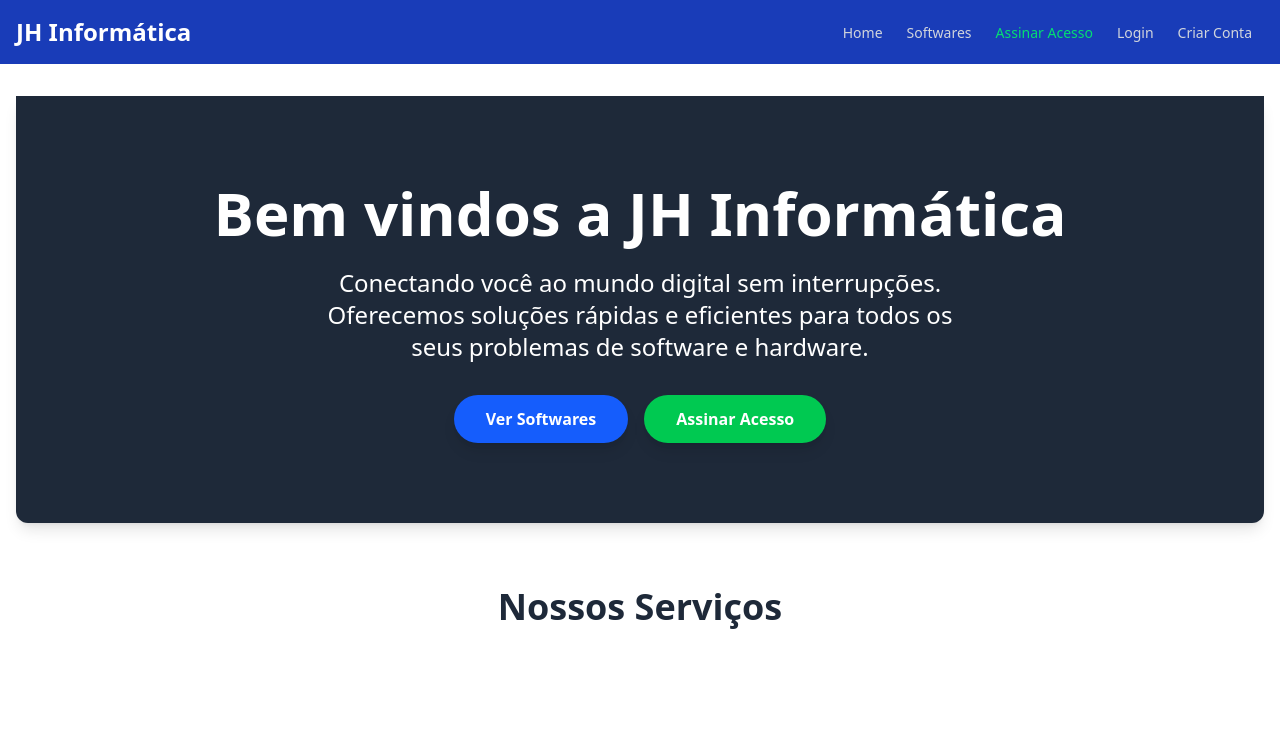
Repository: estevam02009/jh-info
Page: / (app in frontend/)
The author's editor kept a copy of each file at every save. The page is drawn from the files as they stood at one save, then again after the next save.
The browser window is 1280 px wide. The pictures show the whole page.
The project was rebuilt for these pictures with package versions that can differ from the ones it lists, and the page was loaded fresh each time. Also part of the build but not shown: frontend/src/pages/Login.jsx, frontend/src/pages/Register.jsx, frontend/src/pages/Dashboard.jsx, frontend/src/components/ProtectedRoute.jsx, frontend/src/pages/SoftwareList.jsx, frontend/src/pages/SoftwareDetails.jsx, frontend/src/pages/SoftwareManagement.jsx, frontend/src/pages/PaymentPage.jsx and 1 more.

Above is the page before, as saved 2025-07-13 11:18:51.

### frontend/index.html
<!doctype html>
<html lang="en">
  <head>
    <meta charset="UTF-8" />
    <link rel="icon" type="image/svg+xml" href="/vite.svg" />
    <meta name="viewport" content="width=device-width, initial-scale=1.0" />
    <title>JH Informática</title>
  </head>
  <body>
    <div id="root"></div>
    <script type="module" src="/src/main.jsx"></script>
  </body>
</html>

### frontend/src/main.jsx
// src/main.jsx
import React from 'react';
import ReactDOM from 'react-dom/client';
import App from './App.jsx';
import './index.css'; // Para estilos globais
import { BrowserRouter } from 'react-router-dom';
import { AuthProvider } from './context/AuthContext.jsx'; // Contexto de Autenticação

ReactDOM.createRoot(document.getElementById('root')).render(
    <React.StrictMode>
        <BrowserRouter>
            <AuthProvider> {/* O AuthProvider envolve toda a aplicação */}
                <App />
            </AuthProvider>
        </BrowserRouter>
    </React.StrictMode>,
);

### frontend/src/App.jsx
import React from "react";
import {Link, Routes, Route} from "react-router-dom";
import Login from "./pages/Login.jsx";
import Register from "./pages/Register.jsx";
import Home from "./pages/Home.jsx";
import Dashboard from "./pages/Dashboard.jsx";
import ProtectedRoute from "./components/ProtectedRoute";
import SoftwareList from "./pages/SoftwareList";
import SoftwareDetails from "./pages/SoftwareDetails";
import SoftwareManagement from "./pages/SoftwareManagement";
import PaymentPage from "./pages/PaymentPage";
import MySoftwares from "./pages/MySoftwares.jsx";
import { useAuth } from "./context/AuthContext";


const App = () => {

    const { user, logout } = useAuth(); // Obtém o estado do usuário e a função de logout

    return (
        <>
            <nav className="bg-blue-800 p-4">
                <div className="container mx-auto flex justify-between items-center">
                    <Link to="/" className="text-white text-2xl font-bold">JH Informática</Link>
                    <div>
                        <Link to="/" className="text-gray-300 hover:bg-white hover:text-blue-500 px-3 py-2 rounded-md text-sm font-medium">Home</Link>
                        <Link to="/softwares" className="text-gray-300 hover:bg-white hover:text-blue-500 px-3 py-2 rounded-md text-sm font-medium">Softwares</Link>

                        {/* Link para a página de Pagamento/Assinatura */}
                        {!user?.hasPaidAccess && (
                            <Link to="/subscribe" className="text-green-400 hover:bg-gray-700 hover:text-green-200 px-3 py-2 rounded-md text-sm font-medium">Assinar Acesso</Link>
                        )}

                    {/*    Links visiveis apenas se o usuário estiver logado    */}
                        {user ? (
                            <>
                                <Link to="/dashboard" className="text-gray-300 hover:bg-white hover:text-blue-500 px-3 py-2 rounded-md text-sm font-medium">Dashboard</Link>
                                {user.hasPaidAccess && ( // Mostrar "Meus Softwares" apenas se tiver pago
                                    <Link to="/my-softwares" className="text-gray-300 hover:bg-white hover:text-blue-500 px-3 py-2 rounded-md text-sm font-medium">Meus Softwares</Link>
                                )}
                            {/* Link para gerenciamento de softwares - visivel apenas para admins logados */}
                                {user.role === "admin" && (
                                    <Link to="/admin/softwares" className="text-gray-300 hover:bg-white hover:text-blue-500 px-3 py-2 rounded-md text-sm font-medium">Gerenciar Softwares</Link>
                                )}
                                <button
                                    onClick={logout}
                                    className="bg-red-600 hover:bg-red-800 px-3 py-2 rounded-md text-sm text-white font-medium ml-4"
                                >Sair</button>
                            </>
                        ) : (

                            <>
                                {/* Links visivéis apenas se o usuário não estiver logado */}
                                <Link to="/login" className="text-gray-300 hover:bg-white hover:text-blue-500 px-3 py-2 rounded-md text-sm font-medium">Login</Link>
                                <Link to="/register" className="text-gray-300 hover:bg-white hover:text-blue-500 px-3 py-2 rounded-md text-sm font-medium">Criar Conta</Link>
                            </>
                        )}
                    </div>
                </div>
            </nav>

            {/* Conteúdo principal*/}
            <div className="container mx-auto p-4 mt-4">
                <Routes>
                    <Route path="/" element={<Home />} />
                    <Route path="/login" element={<Login />} />
                    <Route path="/register" element={<Register />} />

                    <Route path="/softwares" element={<SoftwareList />} /> {/* <-- Nova Rota */}
                    <Route path="/softwares/:id" element={<SoftwareDetails />} />

                    {/* Rota para a página de assinatura. É acessível se o usuário estiver logado ou não, mas a lógica de pagamento exige login */}
                    <Route path="/subscribe" element={<PaymentPage />} />

                {/* Rotas protegidas */}
                    <Route element={<ProtectedRoute />}>
                        <Route path="/dashboard" element={<Dashboard />}></Route>
                        <Route path="/my-softwares" element={<MySoftwares />} />
                    </Route>

                    <Route element={<ProtectedRoute allowedRoles={['admin']} />}>
                        <Route path="/admin/softwares" element={<SoftwareManagement />} />
                    </Route>

                    <Route path="*" element={<h2 className="text-4xl font-bold text-red-500">404 - Página não encontrada</h2>}></Route>
                </Routes>
            </div>
        </>
    )
}

export default App;

### frontend/src/context/AuthContext.jsx
// src/context/AuthContext.jsx
import React, { createContext, useState, useEffect, useContext } from 'react';
import axios from 'axios';

const AuthContext = createContext();

export const AuthProvider = ({ children }) => {
    // O estado 'user' agora conterá o campo 'hasPaidAccess'
    const [user, setUser] = useState(null);
    const [token, setToken] = useState(null);
    const [loading, setLoading] = useState(true); // Para saber se o token está sendo verificado

    // Base da URL da sua API
    const API_URL = 'http://localhost:5000/api'; // Certifique-se que a porta está correta

    // Carrega o token e usuário do localStorage ao iniciar
    useEffect(() => {
        const storedToken = localStorage.getItem('token');
        const storedUser = localStorage.getItem('user');

        if (storedToken && storedUser) {
            setToken(storedToken);

            if (storedToken && storedUser) {
                setToken(storedToken);
                // Garante que o usuário no estado inclui 'hasPaidAccess'
                try {
                    const userData = JSON.parse(storedUser);
                    setUser(userData);
                } catch (error) {
                    console.error('Erro ao fazer parse do usuário do localStorage:', error);
                    localStorage.removeItem('token');
                    localStorage.removeItem('user');
                }
            }

            // Configura o token no cabeçalho padrão do Axios para todas as requisições
            axios.defaults.headers.common['Authorization'] = `Bearer ${storedToken}`;
        }
        setLoading(false);
    }, []);

    const login = async (email, password) => {
        try {
            const response = await axios.post(`${API_URL}/auth/login`, { email, password });
            const { token, hasPaidAccess, ...userData } = response.data; // Capture 'hasPaidAccess'

            setToken(token);
            // Certifique-se de que o objeto user no estado inclui hasPaidAccess
            setUser({ ...userData, hasPaidAccess: hasPaidAccess });

            localStorage.setItem('token', token);
            // Armazene o objeto de usuário completo no localStorage, incluindo 'hasPaidAccess'
            localStorage.setItem('user', JSON.stringify({ ...userData, hasPaidAccess: hasPaidAccess }));

            axios.defaults.headers.common['Authorization'] = `Bearer ${token}`; // Atualiza o header
            return response.data;
        } catch (error) {
            console.error('Erro de login:', error.response?.data || error.message);
            throw error.response?.data || { message: 'Erro ao fazer login' };
        }
    };

    // Função para atualizar o estado do usuário (útil após o pagamento)
    const updateUserAccessStatus = (updatedUser) => {
        setUser(updatedUser);
        localStorage.setItem('user', JSON.stringify(updatedUser));
    }

    const register = async (name, email, password, role = 'user') => {
        try {
            const response = await axios.post(`${API_URL}/auth/register`, { name, email, password, role });
            // Geralmente, após o registro, você pode logar o usuário automaticamente ou redirecioná-lo para a tela de login
            return response.data;
        } catch (error) {
            console.error('Erro de registro:', error.response?.data || error.message);
            throw error.response?.data || { message: 'Erro ao registrar' };
        }
    };

    const logout = () => {
        setToken(null);
        setUser(null);
        localStorage.removeItem('token');
        localStorage.removeItem('user');
        delete axios.defaults.headers.common['Authorization']; // Remove o header do Axios
    };

    return (
        <AuthContext.Provider value={{ user, token, loading, login, register, logout, updateUserAccessStatus }}>
            {children}
        </AuthContext.Provider>
    );
};

export const useAuth = () => useContext(AuthContext);

### frontend/src/pages/Home.jsx
import React from 'react';
import { Link } from 'react-router-dom';

const Home = () => {
    return (
        <div className="flex flex-col items-center">

            {/* Seção Principal (Hero) */}
            <div className='bg-gray-800 text-white w-full py-20 px-4 text-center rounded-b-xl shadow-lg'>
                <h1 className='text-5xl md:text-6xl font-extrabold leading-tight mb-4'>
                    Bem vindos a JH Informática
                </h1>
                <p className='text-xl md:text-2xl font-light max-w-2xl mx-auto mb-8'>
                    Conectando você ao mundo digital sem interrupções. Oferecemos soluções rápidas e eficientes para todos os seus problemas de software e hardware.
                </p>
                <div className="flex justify-center space-x-4">
                    <Link
                        to="/softwares"
                        className="bg-blue-600 hover:bg-blue-700 text-white font-bold py-3 px-8 rounded-full shadow-lg transition duration-300"
                    >
                        Ver Softwares
                    </Link>
                    <Link
                        to="/subscribe"
                        className="bg-green-500 hover:bg-green-700 text-white font-bold py-3 px-8 rounded-full shadow-lg transition duration-300"
                    >
                        Assinar Acesso
                    </Link>
                </div>
            </div>

            {/* Seção nossos serviços */}
            <div className="container mx-auto py-16 px-4">
                <h2 className="text-4xl font-bold text-center text-gray-800 mb-12">Nossos Serviços</h2>
            </div>
        </div>
    )
}

export default Home;

Loaded but not shown: frontend/src/index.css (common file)

After the next save:
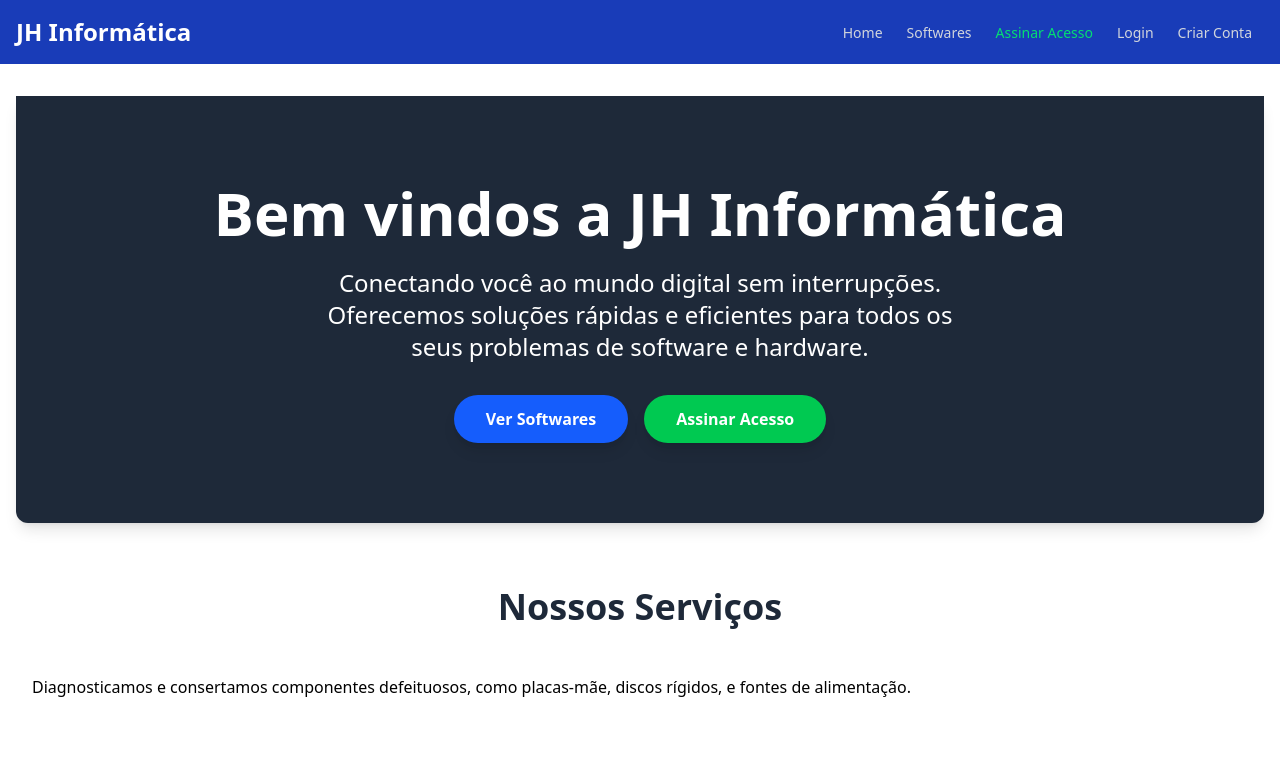
Saved 34 s later.
--- a/frontend/src/pages/Home.jsx
+++ b/frontend/src/pages/Home.jsx
@@ -32,6 +32,9 @@ const Home = () => {
             {/* Seção nossos serviços */}
             <div className="container mx-auto py-16 px-4">
                 <h2 className="text-4xl font-bold text-center text-gray-800 mb-12">Nossos Serviços</h2>
+                <p>
+                    Diagnosticamos e consertamos componentes defeituosos, como placas-mãe, discos rígidos, e fontes de alimentação.
+                </p>
             </div>
         </div>
     )
